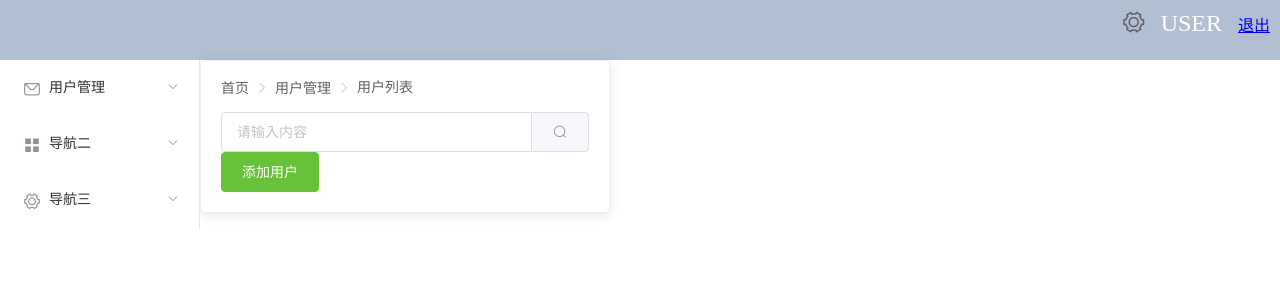
Repository: euphor1azzy/testlist
Page: /#/users (app in list/)
An editor plug-in stored every save of this project. The page is shown before and after the next save, followed by the edit.
The browser window is 1280 px wide. The pictures show the whole page.
The project was rebuilt for these pictures with package versions that can differ from the ones it lists, and the page was loaded fresh each time. Also part of the build but not shown: list/src/views/login/login.vue.

Above is the page before, as saved 2020-08-25 17:25:55.

After the next save:
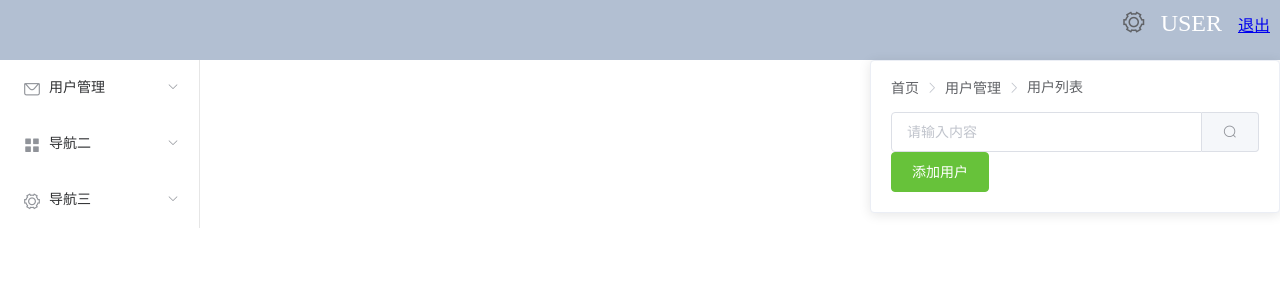
Saved 105 s later.
--- a/list/src/views/home.vue
+++ b/list/src/views/home.vue
@@ -40,6 +40,6 @@ export default {
   display: flex;
   flex: auto;
   flex-flow: row wrap;
-  justify-content: flex-start;
+  justify-content: space-between;
 }
 </style>
